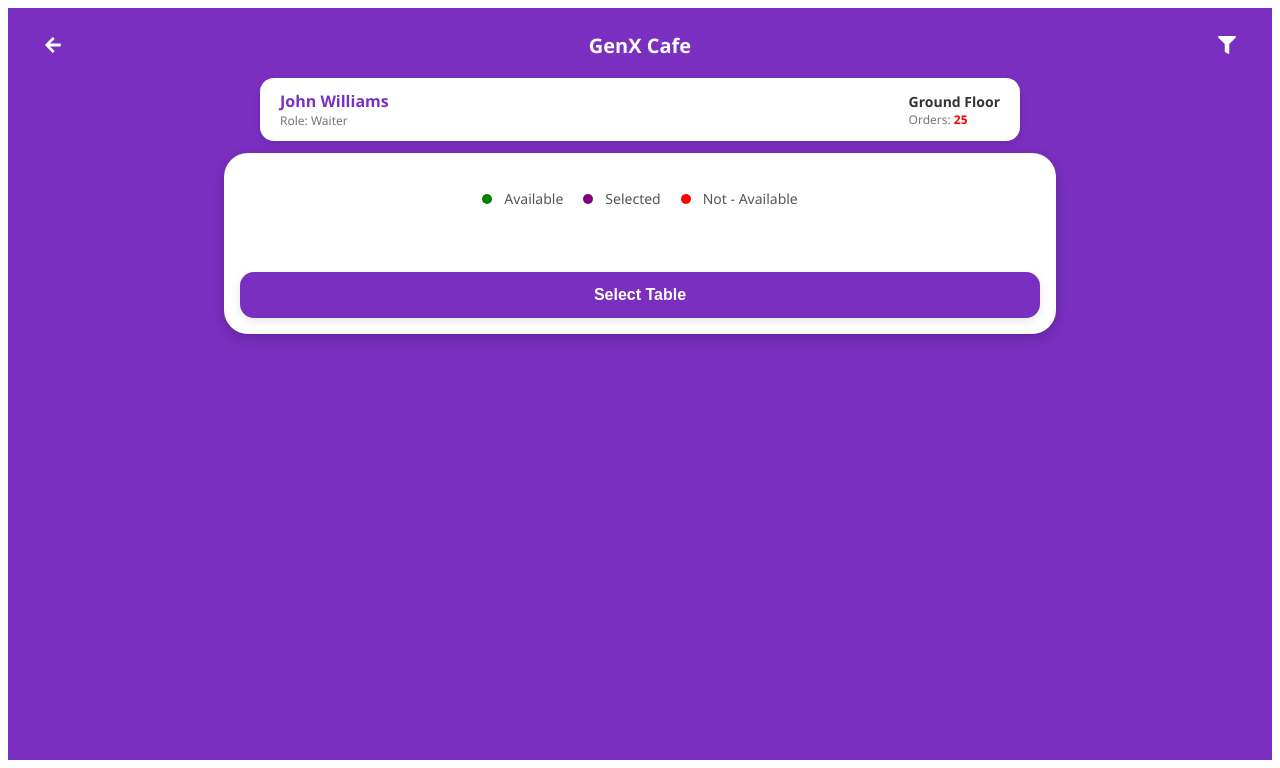
Repository: rajeshwaranslv/sturdy-spork-genx-frontend
Page: /
An editor plug-in stored every save of this project. The page is shown before and after the next save, followed by the edit.
The browser window is 1280 px wide. The pictures show the whole page.
The page's requests for data from a server got no answer. The project was rebuilt for these pictures with package versions that can differ from the ones it lists, and the page was loaded fresh each time. No one was signed in, and anything a server would have sent is missing. Also part of the build but not shown: src/components/menu.css, src/components/MenuSelection.js, src/components/order.css, src/components/OrderReview.js, src/components/billing.css, src/components/Billing.js, src/components/Success.js.

Above is the page before, as saved 2025-07-15 11:27:38.

After the next save:
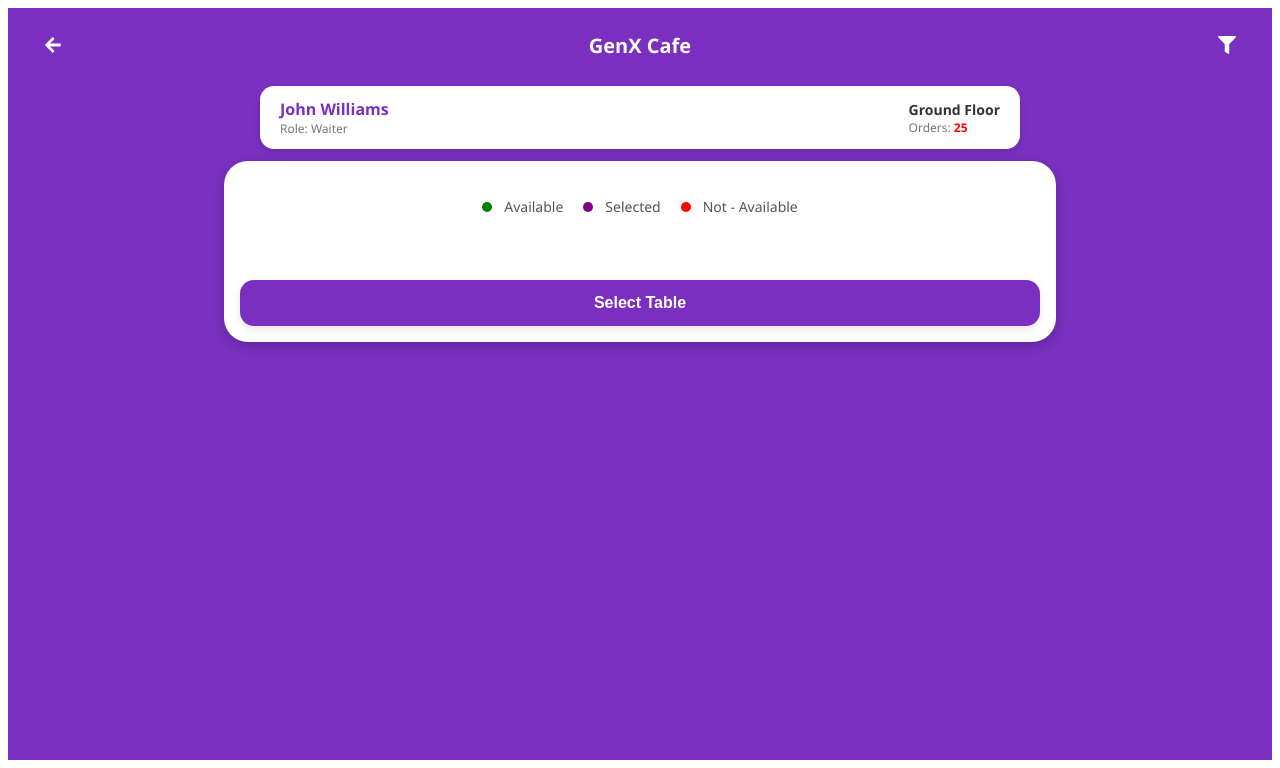
Saved 11 s later.
--- a/src/components/style.css
+++ b/src/components/style.css
@@ -44,7 +44,7 @@
   align-items: center;
   max-width: 720px;
   width: 100%;
-  margin: 10px auto 12px auto;
+  margin: 20px auto 12px auto;
   flex-wrap: wrap;
   gap: 12px;
 }
